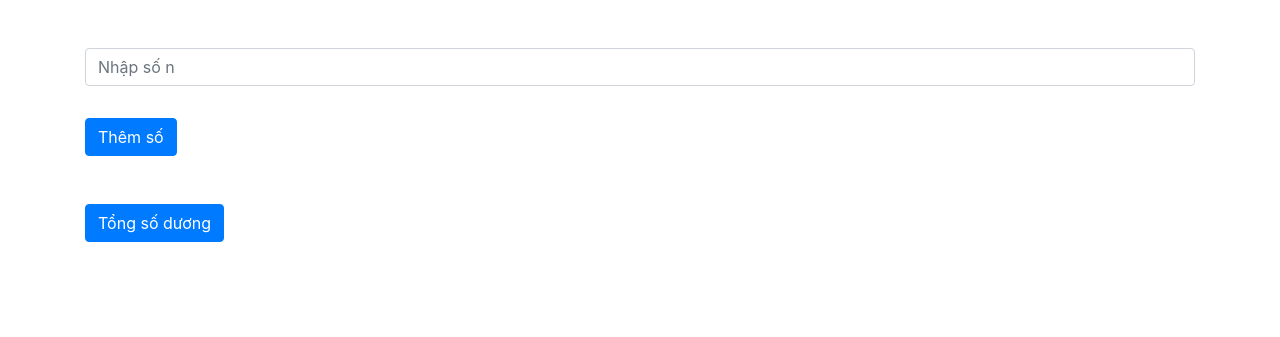
Repository: thanhfrankie/BC10-LeMinhThanh-Js-b7-8
Page: index.html
The author's editor kept a copy of each file at every save. The page is drawn from the files as they stood at one save, then again after the next save.
The browser window is 1280 px wide. The pictures show the whole page.

Above is the page before, as saved 2023-12-27 21:24:33.

After the next save:
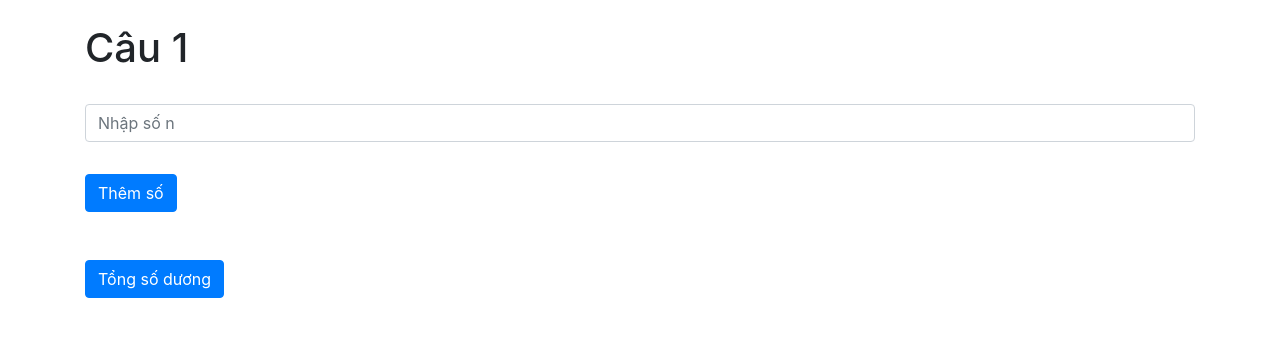
Saved 49 s later.
--- a/index.html
+++ b/index.html
@@ -13,6 +13,7 @@
   <body>
     <div class="container mt-4">
         <div class="form-group">
+            <h1>Câu 1</h1>
             <label for="nhap-so-n"></label>
             <input
               type="number"

After the save that followed:
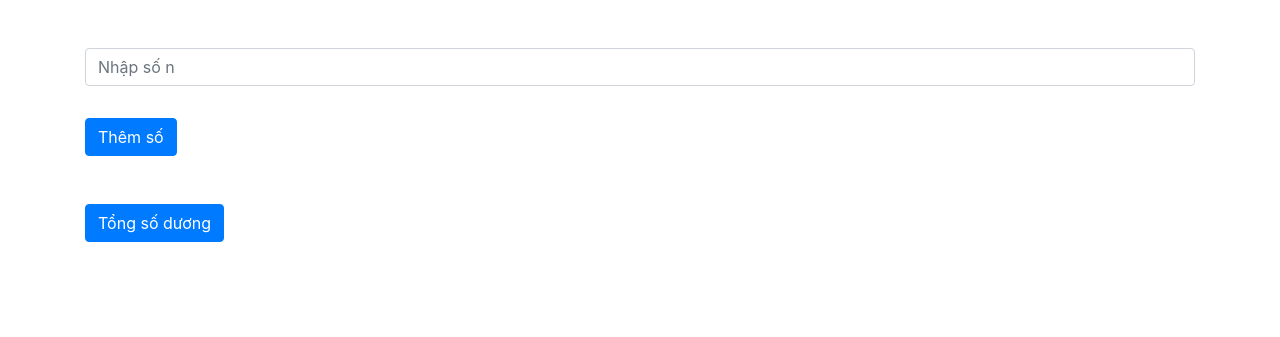
Saved 5 s later.
--- a/index.html
+++ b/index.html
@@ -13,7 +13,7 @@
   <body>
     <div class="container mt-4">
         <div class="form-group">
-            <h1>Câu 1</h1>
+
             <label for="nhap-so-n"></label>
             <input
               type="number"
